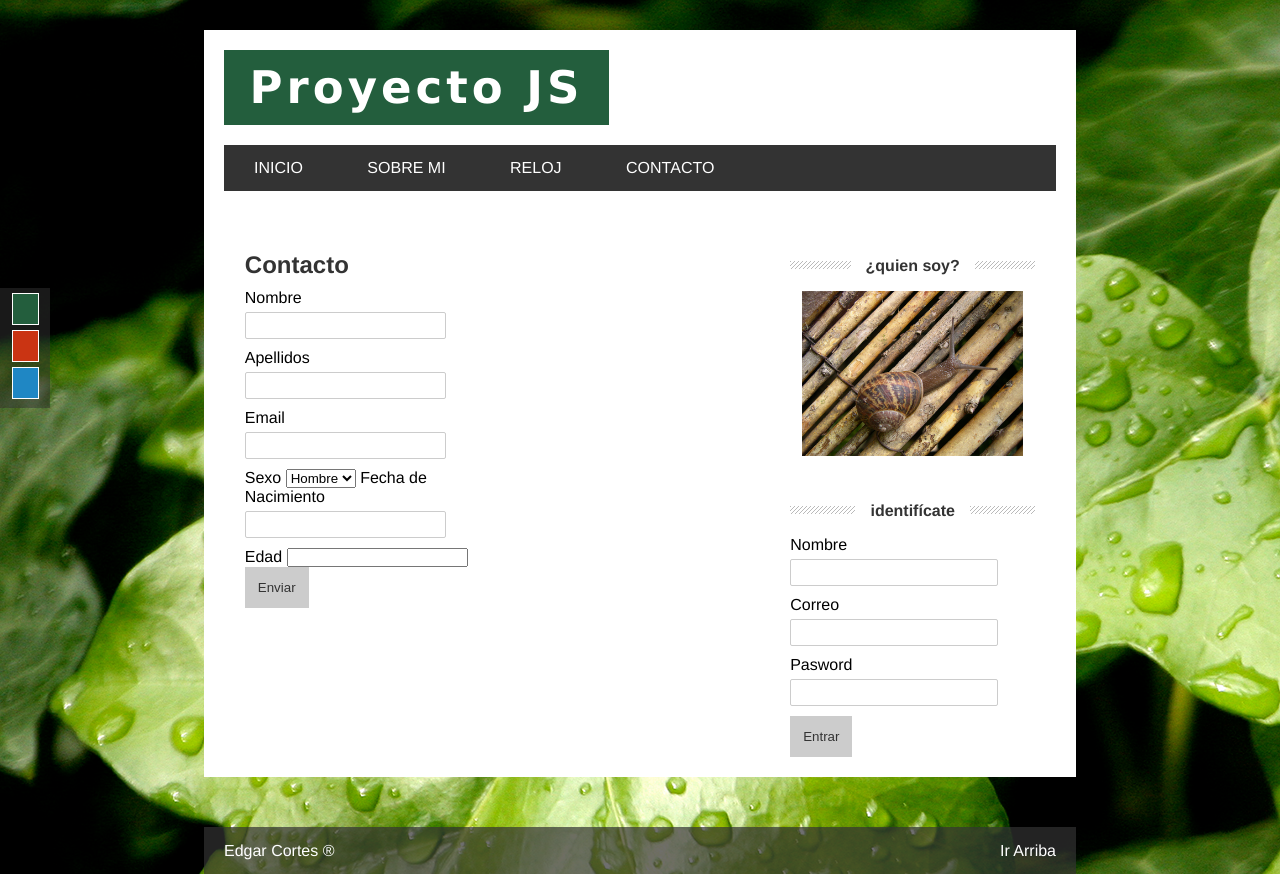
Repository: eucortes/demopage
Page: javascript/Proyecto/contacto.html
These files come from the project's save history. The page is drawn as it stood at one moment and after the next save; the edit follows.
The browser window is 1280 px wide. The pictures show the whole page.
Backgrounds fixed to the window are drawn as part of the page. Some web libraries are served in a nearby version.

Above is the page before, as saved 2019-09-30 17:10:59.

### javascript/Proyecto/contacto.html
<!DOCTYPE html>
<html lang="es">

<head>
    <meta charset="UTF-8">
    <meta name="viewport" content="width=device-width, initial-scale=1.0">
    <meta http-equiv="X-UA-Compatible" content="ie=edge">
    <!--
    <meta charset="ISO-8859-1">
         <meta http-equiv="Content-Type" content="text/html;charset=UTF-8" />
        <meta http-equiv="Content-Language" content="es" />
  -->

    <title>Proyecto con Javascript</title>
    <!--Estilos CSS-->
    <link rel="stylesheet" href="css/styles.css">
    <link rel="stylesheet" href="css/styles-contact.css">
    <link id="theme" rel="stylesheet" href="css/green.css">
    <!--JQuery-->
    <script src="https://ajax.googleapis.com/ajax/libs/jquery/3.1.1/jquery.min.js"></script>

    <!--JQuery UI-->
    <link rel="stylesheet" href="js/jquery-ui/jquery-ui.min.css" />
    <link rel="stylesheet" href="js/jquery-ui/jquery-ui.structure.min.css" />
    <link rel="stylesheet" href="js/jquery-ui/jquery-ui.theme.min.css" />

    <script type="text/javascript" src="js/jquery-ui/jquery-ui.min.js"></script>




    <!--Mis Scripts-->
    <script type="text/javascript" src="js/global.js"></script>
    <script type="text/javascript" src="js/about.js"></script>
</head>

<body>
    <div id='theme-selector'>
        <div id='to-green'></div>
        <div id='to-red'></div>
        <div id='to-blue'></div>
    </div>
    <section id='global'>
        <header>
            <div id='logo'>
                <h1>Proyecto JS</h1>
            </div>
            <div class='clearfix'></div>
            <nav id='menu'>
                <ul>
                    <li><a href="index.html">Inicio</a></li>
                    <li><a href="about.html">Sobre Mi</a></li>
                    <li><a href="reloj.html">Reloj</a></li>
                    <li><a href="contacto.html">Contacto</a></li>
                </ul>
            </nav>
        </header>
        <!--
    slider
-->

        <section id='content'>
            <div id='box'>
                <!--contacto-->
                <h2>Contacto</h2>
                <form action="" method="POST" id="form_contact">
                    <label for="name">Nombre</label>
                    <input type="text" name="name" id="">
                    <label for="surname">Apellidos</label>
                    <input type="text" name="surname" id="">
                    <label for="email">Email</label>
                    <input type="email" name="email" id="">
                    <label for="sex">Sexo</label>
                    <select name="sex" id="">
                        <option value="man">Hombre</option>
                        <option value="woman">Mujer</option>
                    </select>
                    <label for="date">Fecha de Nacimiento</label>
                    <input type="text" name="date" id="">
                    <label for="edad">Edad</label>
                    <input type="number" name="edad" id="">
                    <input type="submit" value="Enviar">

                </form>
            </div>
            <aside id='sidebar'>
                <div id='about'>
                    <h4><span>¿quien soy?</span></h4>
                    <img src="img/caracol.jpg" />
                    <p>Aliquam sem et tortor consequat id porta nibh venenatis. Neque volutpat ac tincidunt vitae
                        semper
                    </p>
                </div>
                <div id='login'>
                    <h4><span>identifícate</span></h4>
                    <form action="">
                        <label for='name'>Nombre</label>
                        <br>
                        <input type="text" name="name" id='form_name'>
                        <br>
                        <label for='email'>Correo</label>
                        <br>
                        <input type="text" name="email" id='form_email'>
                        <br>
                        <label for='password'>Pasword</label>
                        <br>
                        <input type="password" name="password" id='form_password'>
                        <br>
                        <input type="submit" value="Entrar" id='boton_entrar'>
                    </form>
                </div>
            </aside>
            <div class='clearfix'></div>
        </section>
    </section>
    <footer>
        Edgar Cortes ®
        <a href="#" class="subir">Ir Arriba</a>
    </footer>
</body>

</html>

### javascript/Proyecto/css/styles.css
* {
    margin: 0px;
    padding: 0px;
    list-style: none;
}

body {
    background: url('../img/hojas.jpg');
    background-attachment: fixed;
}

#global {
    width: 65%;
    margin: 0px auto;
    margin-top: 30px;
    padding: 20px;
    background: white;
    box-shadow: 0px, 0px, 2px, gray
}

h2{
    font-size: 30;
    color: #333;
        font-family: Helvetica, Arial, sans-serif

}
#logo {
    font-family: "Verdana", "Arial";
    font-size: 30px;
    letter-spacing: 4px;
    line-height: 75px;
    background: #235e3d;
    color: white;
    text-align: center;
    width: 385px;
    height: 90;
    float: left;
    margin-bottom: 20px;
}

.clearfix {
    float: none;
    clear: both;
}

#menu {
    font-family: Helvetica, Arial, sans-serif;
    background: #333;
    text-transform: uppercase;
    margin-bottom: 20px;
}

#menu ul {
    line-height: 46px;
    list-style: none;
}

#menu ul li {
    height: 46px;
    display: inline-block;
    transition: all 300ms;
}

#menu ul li:hover {
    background: #235e3d;

}

#menu a {
    display: block;
    color: white;
    text-decoration: none;
    padding-left: 30px;
    padding-right: 30px;
}

#content {
    width: 95%;
    margin: 0px auto;
}

#posts {
    width: 60%;
    float: left;
    font-family: Helvetica, Arial, sans-serif
}

.post {
    padding: 7px;
}

.post h2 {
    font-size: 30;
    color: #333;

}

.post .fecha {
    display: block;
    color: gray;
    margin-top: 5px;
}

.post p {
    margin-top: 10px;
    margin-bottom: 20px;
    line-height: 22px;
    text-align: justify;
}

.button-more {
    font-size: 14px;
    text-align: center;
    display: block;
    padding: 15px;
    background: #235e3d;
    color: white;
    text-decoration: none;
    margin-top: 10px;
    width: 75px;
    margin-bottom: 20px;

}

#sidebar {
    font-family: Helvetica, Arial, sans-serif;
    width: 31%;
    float: right;

}

#sidebar h4 {
    margin-top: 50px;
    margin-bottom: 20px;
    text-align: center;
    line-height: 10px;
    color: #333;
    background: url("../img/lines.png") repeat-x;
}

#sidebar h4 span {
    background: white;
    padding: 15px;
}

#sidebar img {
    width: 90%;
    display: block;
    margin-left: auto;
    margin-right: auto;
}

#sidebar p {
    font-size: 15px;
    text-align: justify;
}
form input[type='text'],
form input[type='password'],
form input[type='email']{
    padding: 5px;
    border-radius: 2px;
    border: 1px solid #ccc;
    width: 80%;
    margin-bottom: 10px;
    margin-top: 5px;
}
form input[type='submit']{
    background: #ccc;
    padding: 10px;
    border: solid #ccc;
    color: #333;
    cursor: pointer;
}
footer{
    font-family: Helvetica, Arial, sans-serif;
    color: white;
    height: 47px;
    background: rgba(51,51,51,0.70);
    margin: 0px auto;
    width: 65%;
    padding-left: 20px;
    padding-right: 20px;
    margin-top: 50px;
    line-height: 47px;
}
.bx-wrapper, .bx-viewport{
    height: 250px !important;

}
#theme-selector{
    position: fixed;
    top:40%;
    background: rgba(51,51,51,0.5);
    width:50px;
    height: 120px;
}
#to-green,
#to-red,
#to-blue{
    width: 25px;
    height: 30px;
    border: 1px solid white;
    display: block;
   margin: 0px auto;
   margin-top: 5px;
   margin-bottom: 5px;
   cursor: pointer;
}
#to-green{
    background: #235e3d;
}
#to-red{
    background: #ca3413;
}#to-blue{
    background: #1f87c4;
}
.subir{
    color: white;
    text-decoration: none;
    display: block;
    float: right;

}

#box{
    width: 60%;
    float: left;
    margin-top: 40px;
}

### javascript/Proyecto/css/styles-contact.css
#form_contact{
    width:50%;
    margin-top: 10px;
    font-family:  Helvetica,Arial, sans-serif
}
#form_contact label{
width: 100%
}

### javascript/Proyecto/css/green.css
body {
    background: url('../img/hojas.jpg');
    background-attachment: fixed;
}

#logo {
    background: #235e3d;
}
#menu ul li:hover {
    background: #235e3d;
}

.button-more {
    background: #235e3d;
}

### javascript/Proyecto/js/global.js
$(document).ready(function () {

    //selector de tema
    let theme = $("#theme")

    $("#to-green").click(function () {
        theme.attr("href", "css/green.css")
    })
    $("#to-blue").click(function () {
        theme.attr("href", "css/blue.css")
    })
    $("#to-red").click(function () {
        theme.attr("href", "css/red.css")
    })

    //scroll arriba
    $(".subir").click(function (e) {
        e.preventDefault();
        $("html, body").animate({
            scrollTop: 0
        }, 500);
        return false;
    });

    //login false
    $("#login form").submit(function (e) {
        ///  $("boton_entrar").click(function(e){
        //     e.preventDefault()
        let form_name = $("#form_name").val();
        localStorage.setItem("form_name", form_name)
        //    console.log(form_name)

    })


    function ActualizaLogin() {
        let form_name = localStorage.getItem("form_name")
        if (form_name != null && form_name != undefined) {
            let about_parrafo = $("#about p")
            about_parrafo.html("<br><strong>Bienvenido " + form_name + "</strong><br>");
            about_parrafo.append("<a href='#' id='logout'>Cerrar Sesión</a>")
            $("#login").hide()
        } else {
            let about_parrafo = $("#about p")
            about_parrafo.html("");
            $("#login").show()

        }
    }
    ActualizaLogin()

    $("#logout").click(function (e) {
        e.preventDefault();
        localStorage.removeItem("form_name")
        //  location.reload
        ActualizaLogin()
        return false;
    })
})

### javascript/Proyecto/js/about.js
$(document).ready(function () {

    $("#acordeon").accordion()


})

Loaded but not shown: javascript/Proyecto/js/jquery-ui/jquery-ui.min.css (library); javascript/Proyecto/js/jquery-ui/jquery-ui.structure.min.css (library); javascript/Proyecto/js/jquery-ui/jquery-ui.theme.min.css (library); javascript/Proyecto/js/jquery-ui/jquery-ui.min.js (library)

After the next save:
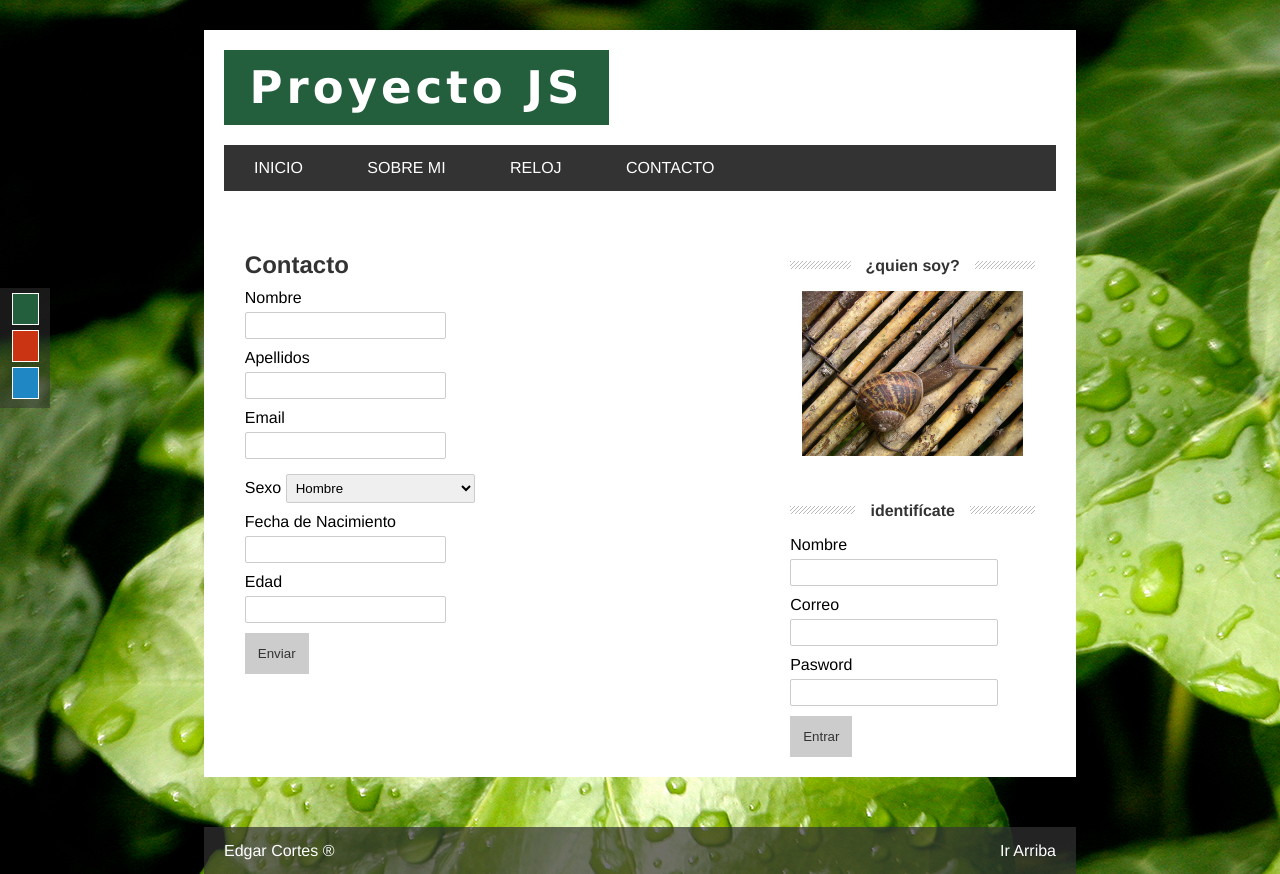
Saved 69 s later.
--- a/javascript/Proyecto/css/styles.css
+++ b/javascript/Proyecto/css/styles.css
@@ -156,7 +156,9 @@ h2{
 }
 form input[type='text'],
 form input[type='password'],
-form input[type='email']{
+form input[type='email'],
+form input[type='number'],
+select{
     padding: 5px;
     border-radius: 2px;
     border: 1px solid #ccc;
